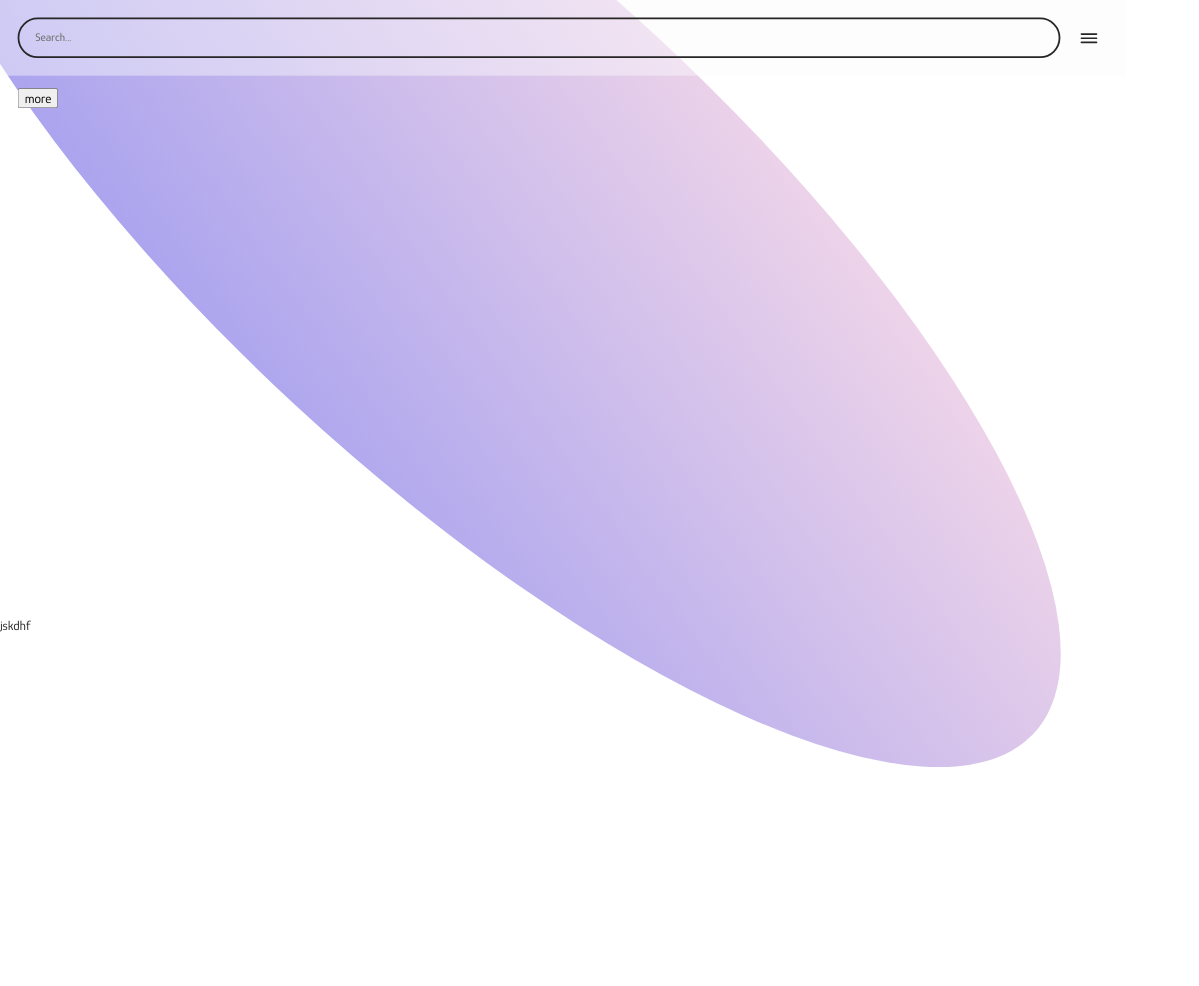
Repository: Axeliriya/my-test
Page: /
These files come from the project's save history. The page is drawn as it stood at one moment and after the next save; the edit follows.
The browser window is 1280 px wide. The page is 1362 px wide, so the pictures cover 1362 px, including what lies to the right of the window. The pictures show the whole page, at 88% of full size.
The page's requests for data from a server got no answer. The project was rebuilt for these pictures with package versions that can differ from the ones it lists, and the page was loaded fresh each time. No one was signed in, and anything a server would have sent is missing. Also part of the build but not shown: src/components/ProductList/ProductList.tsx, src/components/ProductItem/ProductItem.tsx.

Above is the page before, as saved 2022-04-05 15:48:30.

After the next save:
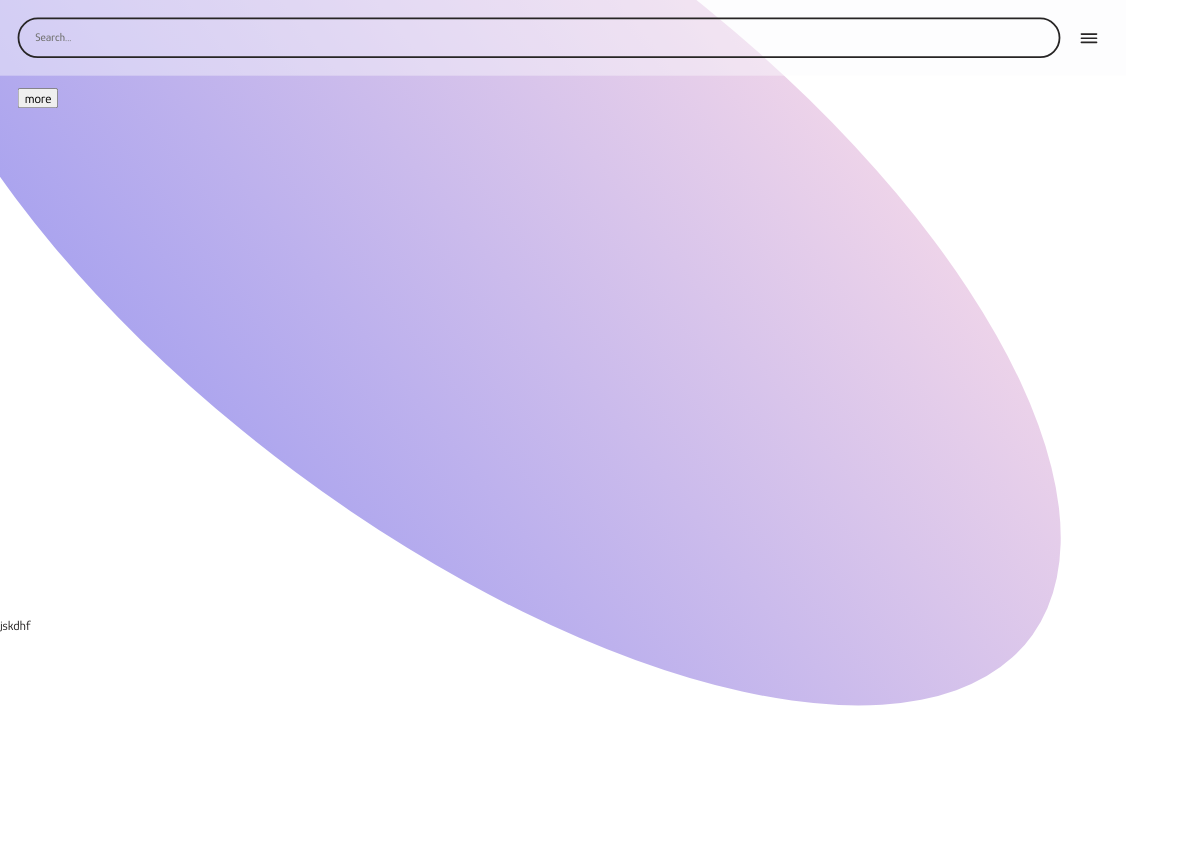
Saved 7 s later.
--- a/src/components/Main/Main.module.scss
+++ b/src/components/Main/Main.module.scss
@@ -13,7 +13,7 @@
   width: 100%;
   height: 500px;
   background: $main-gradient;
-  transform: skew(20deg, 30deg) scale(1, 2);
+  transform: skew(20deg, 20deg) scale(1, 2);
   border-radius: 50%;
   overflow: hidden;
 }
